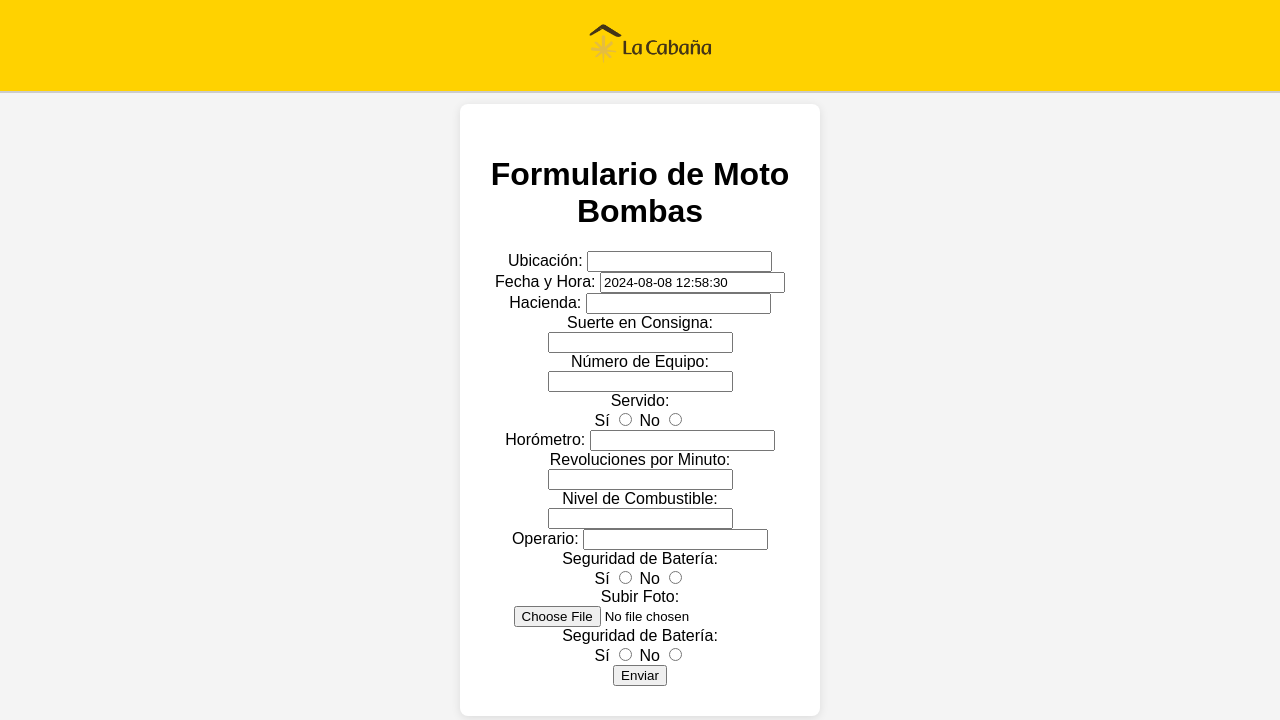
Repository: tayuanlogua/prototipo-de-control-de-accesos
Page: Patrullas/src/motobombas.html
An editor plug-in stored every save of this project. The page is shown before and after the next save, followed by the edit.
The browser window is 1280 px wide. The pictures show the whole page.

Above is the page before, as saved 2024-08-20 16:03:19.

### Patrullas/src/motobombas.html
<!DOCTYPE html>
<html lang="es">
  <head>
    <meta charset="UTF-8" />
    <meta name="viewport" content="width=device-width, initial-scale=1.0" />
    <title>Formulario de Motobombas</title>
    <link rel="stylesheet" href="styles.css" />
    <script defer src="motobombas.js"></script>
  </head>
  <body>
    <header class="header">
      <img src="imagenes/LOGO.png" alt="Logo" class="logo login-logo" />
    </header>
    <div class="login-container">
      <h1>Formulario de Moto Bombas</h1>
      <form id="motobombas-form" enctype="multipart/form-data">
        <div class="form-group">
          <label for="ubicacion">Ubicación:</label>
          <input type="text" id="ubicacion" name="ubicacion" required />
        </div>

        <div class="form-group">
          <label for="date-time">Fecha y Hora:</label>
          <input type="text" id="date-time" name="date-time" readonly />
        </div>

        <div class="form-group">
          <label for="hacienda">Hacienda:</label>
          <input type="text" id="hacienda" name="hacienda" required />
        </div>

        <div class="form-group">
          <label for="suerte">Suerte en Consigna:</label>
          <input type="text" id="suerte" name="suerte" required />
        </div>

        <div class="form-group">
          <label for="numero-equipo">Número de Equipo:</label>
          <input type="text" id="numero-equipo" name="numero-equipo" required />
        </div>

        <div class="form-group">
          <label>Servido:</label>
          <div class="radio-group">
            <label for="servido-si">Sí</label>
            <input
              type="radio"
              id="servido-si"
              name="servido"
              value="Sí"
              required
            />
            <label for="servido-no">No</label>
            <input
              type="radio"
              id="servido-no"
              name="servido"
              value="No"
              required
            />
          </div>
        </div>

        <div class="form-group">
          <label for="horometro">Horómetro:</label>
          <input type="text" id="horometro" name="horometro" required />
        </div>

        <div class="form-group">
          <label for="revoluciones">Revoluciones por Minuto:</label>
          <input type="text" id="revoluciones" name="revoluciones" required />
        </div>

        <div class="form-group">
          <label for="nivel-combustible">Nivel de Combustible:</label>
          <input
            type="text"
            id="nivel-combustible"
            name="nivel-combustible"
            required
          />
        </div>

        <div class="form-group">
          <label for="operario">Operario:</label>
          <input type="text" id="operario" name="operario" required />
        </div>
        <div class="form-group">
          <label>Seguridad de Batería:</label>
          <div class="radio-group">
            <label for="bateria-si">Sí</label>
            <input
              type="radio"
              id="bateria-si"
              name="bateria"
              value="Sí"
              required
            />
            <label for="bateria-no">No</label>
            <input
              type="radio"
              id="bateria-no"
              name="bateria"
              value="No"
              required
            />
          </div>

        <div class="form-group">
          <label for="foto">Subir Foto:</label>
          <input type="file" id="foto" name="foto" accept="image/*" />
        </div>

        <div class="form-group">
          <label>Seguridad de Batería:</label>
          <div class="radio-group">
            <label for="bateria-si">Sí</label>
            <input
              type="radio"
              id="bateria-si"
              name="bateria"
              value="Sí"
              required
            />
            <label for="bateria-no">No</label>
            <input
              type="radio"
              id="bateria-no"
              name="bateria"
              value="No"
              required
            />
          </div>
        </div>

        <button type="submit">Enviar</button>
      </form>
    </div>
  </body>
</html>

### Patrullas/src/styles.css
/* Estilos generales para el body */
body {
  font-family: Arial, sans-serif;
  background-color: #f4f4f4;
  margin: 0;
  padding: 0;
  display: flex;
  flex-direction: column;
  align-items: center;
  justify-content: center;
  min-height: 100vh;
  text-align: center;
}

/* Estilos para el header */
header,
.header {
  background-color: #ffd200; /* Fondo amarillo */
  color: white;
  padding: 20px 10px; /* Corregido el padding */
  width: 100%;
  text-align: center;
  position: fixed;
  top: 0;
  left: 0;
  z-index: 1000;
  border-bottom: 2px solid #ccc;
}

/* Estilo para el logo en el header general */
.logo img {
  width: 100px; /* Ajuste del tamaño del logo general */
  margin-bottom: 10px;
}

/* Estilo para el logo en el formulario de inicio de sesión */
.login-logo {
  width: 130px; /* Tamaño reducido del logo solo en el formulario de inicio de sesión */
}

/* Estilos para el contenedor de login */
.login-container {
  background-color: #fff;
  padding: 30px;
  border-radius: 8px;
  box-shadow: 0 2px 10px rgba(0, 0, 0, 0.1);
  margin-top: 100px; /* Aumentado el margen superior */
  text-align: center;
  width: 300px;
}

/* Estilos para el formulario de inicio de sesión */
#login-form {
  display: flex;
  flex-direction: column;
  gap: 15px;
}

#login-form label {
  font-weight: bold;
  color: #333;
}

#login-form input {
  padding: 10px;
  border: 1px solid #ddd;
  border-radius: 4px;
  font-size: 16px;
}

#login-form button {
  padding: 10px;
  background-color: #ffd200;
  color: white;
  border: none;
  border-radius: 4px;
  cursor: pointer;
  font-size: 16px;
  transition: background-color 0.3s ease; /* Transición para el hover */
}

#login-form button:hover {
  background-color: #003399;
}

/* Contenedor central para los iconos */
.iconos-container {
  display: flex;
  justify-content: center;
  align-items: center;
  flex-wrap: wrap;
  margin-top: 120px; /* Mantener este margen superior */
}

/* Estilos para el contenedor de cada icono */
.icono {
  background-color: white;
  padding: 20px;
  border-radius: 10px;
  box-shadow: 0 2px 5px rgba(0, 0, 0, 0.1);
  width: 150px;
  margin: 20px; /* Mantener el margen */
  text-align: center;
  vertical-align: top;
  border: 3px solid #ffd200; /* Borde amarillo para cada icono */
}

.icono img {
  width: 80px;
  height: 80px;
  border-radius: 10px;
}

.icono p {
  margin-top: 10px;
  font-weight: bold;
  color: #333;
  font-size: 16px;
}

.icono a {
  text-decoration: none;
  color: inherit;
  display: block;
  font-size: 16px;
  font-weight: bold;
}

.icono a:hover {
  color: #003399; /* Ajustado el color hover */
}

/* Ajuste de la posición del formulario */
.form-container {
  width: 80%;
  max-width: 800px;
  padding: 20px;
  background-color: #fff;
  border-radius: 8px;
  box-shadow: 0 0 10px rgba(0, 0, 0, 0.1);
  text-align: center;
  margin-top: 40px; /* Mantener el margen superior */
}

/* Estilos para el formulario de actividades propias */
.activities-form {
  display: flex;
  flex-direction: column; /* Coloca los enlaces uno debajo del otro */
  align-items: center; /* Centra los enlaces horizontalmente */
  gap: 15px; /* Espacio entre los enlaces */
  margin-top: 50px; /* Margen superior para alejar los enlaces del header */
}

.activities-form a {
  display: block;
  padding: 15px;
  background-color: #ffd200; /* Fondo amarillo */
  color: white;
  text-decoration: none;
  border-radius: 4px;
  font-size: 18px;
  font-weight: bold;
  transition: background-color 0.3s ease, color 0.3s ease;
  width: 300px; /* Ancho fijo para los enlaces */
  text-align: center; /* Centra el texto dentro del enlace */
}

.activities-form a:hover {
  background-color: #5c2805; /* Fondo azul oscuro en hover */
  color: white; /* Color del texto en hover */
}

### Patrullas/src/motobombas.js
document.addEventListener("DOMContentLoaded", function () {
  // Obtener el campo de fecha y hora
  const dateTimeField = document.getElementById("date-time");

  // Función para obtener la fecha y hora actuales en formato legible
  function getCurrentDateTime() {
    const now = new Date();
    const year = now.getFullYear();
    const month = String(now.getMonth() + 1).padStart(2, "0");
    const day = String(now.getDate()).padStart(2, "0");
    const hours = String(now.getHours()).padStart(2, "0");
    const minutes = String(now.getMinutes()).padStart(2, "0");
    const seconds = String(now.getSeconds()).padStart(2, "0");
    return `${year}-${month}-${day} ${hours}:${minutes}:${seconds}`;
  }

  // Establecer la fecha y hora actuales en el campo correspondiente
  dateTimeField.value = getCurrentDateTime();

  // Actualizar la fecha y hora cada segundo
  setInterval(function () {
    dateTimeField.value = getCurrentDateTime();
  }, 1000);
});

After the next save:
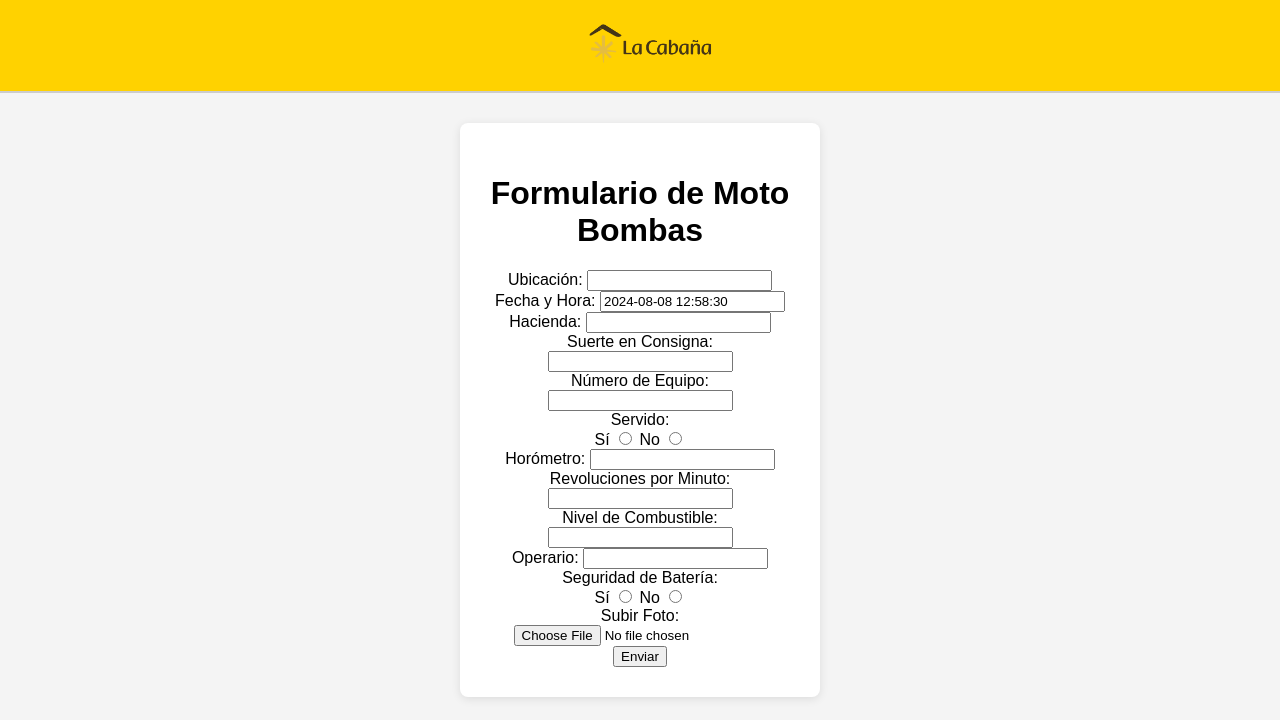
Saved 6 min 28 s later.
--- a/Patrullas/src/motobombas.html
+++ b/Patrullas/src/motobombas.html
@@ -106,30 +106,9 @@
             />
           </div>
 
-        <div class="form-group">
-          <label for="foto">Subir Foto:</label>
-          <input type="file" id="foto" name="foto" accept="image/*" />
-        </div>
-
-        <div class="form-group">
-          <label>Seguridad de Batería:</label>
-          <div class="radio-group">
-            <label for="bateria-si">Sí</label>
-            <input
-              type="radio"
-              id="bateria-si"
-              name="bateria"
-              value="Sí"
-              required
-            />
-            <label for="bateria-no">No</label>
-            <input
-              type="radio"
-              id="bateria-no"
-              name="bateria"
-              value="No"
-              required
-            />
+          <div class="form-group">
+            <label for="foto">Subir Foto:</label>
+            <input type="file" id="foto" name="foto" accept="image/*" />
           </div>
         </div>
 
